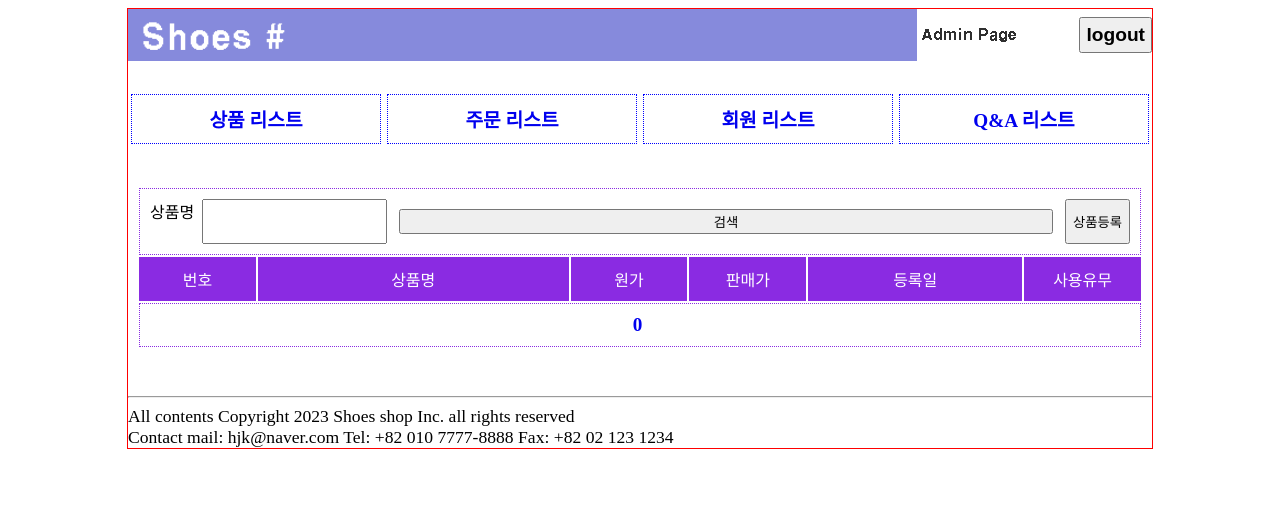
Repository: kkm41/SQL
Page: http://localhost/WEB12_ShoesShop/admin/product/productList.jsp
The author's editor kept a copy of each file at every save. The page is drawn from the files as they stood at one save, then again after the next save.
The browser window is 1280 px wide. The pictures show the whole page.
The page is served by Tomcat 10. Other server files are loaded and not shown. The template is opened directly, without the code that normally fills it, so the values that code supplies are empty.

Above is the page before, as saved 2024-05-23 05:46:05.

### workspace/WEB12_ShoesShop/src/main/webapp/admin/product/productList.jsp
<%@ page language="java" contentType="text/html; charset=UTF-8"
    pageEncoding="UTF-8"%>
<%@include file="/admin/header.jsp" %>

<!-- 경로가 '/' 로 시작하면 가장 상위 폴더로부터 표시되는 절대 경로로 인식됩니다 -->
<!-- 아래와 같이 상대경로로 표시할수도 있습니다 -->
<%-- <%@inclue file="../sub_menu.jsp"%> --%>
<%@include file="/admin/sub_menu.jsp" %>

<article>
	<form>
	<div class="tb">
		<div class="row">
			<div class="col" style="display:flex;">
				상품명 &nbsp; <input type="text" name="key" value="${key}"/>
				&nbsp;&nbsp;&nbsp;
				<input class="btn" type="button" name="btn_search" value="검색"
					onClick="go_search('adminProductList')"/>
				&nbsp;&nbsp;&nbsp;
				<input type="button" style ="margin-left:auto;" value="상품등록">
			</div>
		</div>
		<div class="row">
			<div class="coltitle">번호</div>
			<div class="coltitle">상품명</div>
			<div class="coltitle">원가</div>
			<div class="coltitle">판매가</div>
			<div class="coltitle">등록일</div>
			<div class="coltitle">사용유무</div>
		</div>
		<c:forEach items="${productList}" var="productVO">
			<div class="row">
				<div class="col">${productVO.pseq}</div>
				<div class="col">${productVO.name}</div>
				<div class="col"><fmt:formatNumber value="${productVO.price1}"/></div>
				<div class="col"><fmt:formatNumber value="${productVO.price2}"/></div>
				<div class="col"><fmt:formatDate value="${productVO.indate}"/></div>
				<div class="col">
					<c:choose>
				<c:when test='${productVO.useyn=="N"}'>미사용</c:when>
				<c:otherwise>사용</c:otherwise>
					</c:choose>
			</div>
		</div>
		</c:forEach>
		<jsp:include page="/admin/paging/paging.jsp">
		 <jsp:param value="shop.do?command=adminProductList" name="address"></jsp:param>
		</jsp:include>


	</div>
	</form>
</article>



<%@include file="/admin/footer.jsp" %>

### workspace/WEB12_ShoesShop/src/main/webapp/admin/header.jsp
<%@ page language="java" contentType="text/html; charset=UTF-8"
    pageEncoding="UTF-8"%>
<%@taglib prefix="c" uri="http://java.sun.com/jsp/jstl/core"%>
<%@taglib prefix="fmt" uri="http://java.sun.com/jsp/jstl/fmt"%>
<!DOCTYPE html>
<html>
<head>
<meta charset="UTF-8">
<title>Insert title here</title>
<link rel="stylesheet" href="admin/css/admin.css">
<script src="admin/script/admin.js"></script>
</head>
<body>

<div id="wrap">
	<header>
		<div id="logo">
			<img style="width:800px" src="admin/images/bar_01.gif">
			<img src="admin/images/text.gif">
			<input class="btn" type="button" value="logout" style="float:right;"
				onClick="location.href='shop.do?command=adminLogout'">
		</div>
	</header>

### workspace/WEB12_ShoesShop/src/main/webapp/admin/sub_menu.jsp
<%@ page language="java" contentType="text/html; charset=UTF-8"
    pageEncoding="UTF-8"%>
<meta charset="UTF-8">

<nav id="sub_menu">
	<div><a href="shop.do?command=adminProductList">상품 리스트</a></div>
	<div><a href="shop.do?command=adminOrderList">주문 리스트</a></div>
	<div><a href="shop.do?command=adminMemberList">회원 리스트</a></div>
	<div><a href="shop.do?command=adminQnaList">Q&A 리스트</a></div>
</nav>

### workspace/WEB12_ShoesShop/src/main/webapp/admin/footer.jsp
<%@ page language="java" contentType="text/html; charset=UTF-8"
    pageEncoding="UTF-8"%>

<footer><hr>
	<div id="copy">
		All contents Copyright 2023 Shoes shop Inc. all rights reserved<br>
		Contact mail: hjk@naver.com Tel: +82 010 7777-8888 Fax: +82 02 123 1234 &nbsp;



	</div>


</footer>



</body>
</html>

### workspace/WEB12_ShoesShop/src/main/webapp/admin/paging/paging.jsp
<%@ page language="java" contentType="text/html; charset=UTF-8"
    pageEncoding="UTF-8"%>
<%@taglib prefix="c" uri="http://java.sun.com/jsp/jstl/core" %>

<c:url var="action" value="${param.address}"/>
				<div class="row"> <!-- 페이지의 시작 -->
					<div class="col">

						<div style="font-size:120%; font-weight:bold;">
							<c:if test="${paging.prev}">
								<a href="${action}&page=${paging.beginPage-1}">◀</a>&nbsp;
							</c:if>
							<c:forEach begin="${paging.beginPage}" end="${paging.endPage}" var="index">
									<c:if test="${index==paging.page}">
									<span style="color:red">${index}&nbsp;</span>
									</c:if>
									<c:if test="${index!=paging.page}">
										<a href="${action}&page=${index}">${index}&nbsp;</a>
									</c:if>
							</c:forEach>
							<c:if test="${paging.next}">
								&nbsp;<a href="${action}&page=${paging.endPage+1}">▶</a>&nbsp;
							</c:if>

						</div>
					</div>
				</div><!-- 페이지의 끝 -->

### workspace/WEB12_ShoesShop/src/main/webapp/admin/css/admin.css
@charset "UTF-8";


#wrap{width:100%; max-width:1024px; margin: 0 auto; border:1px solid red;
display:flex; flex-direction:column;}

a{text-decoration:none;}

article{
   /*border:2px solid dimgray;
   margin:2px;*/
   flex:4;
   display: flex;

}

article form{
   flex:1;
   /*border:2px solid red;
   margin:2px;*/
   display: flex;
   flex-direction: column;
}

article form h2{
   margin:0;
   margin-bottom:20px;
   font-weight: normal;
   font-size: 28px;
}

article form{padding:10px;}

article form .field{
   display: flex;
   margin:10px 0;
}
article form .field label{
   flex:1;
}
article form .field input{
   flex:4;
   padding: 5px;
    border-radius: 3px;
    border: 1px solid #AAA;
}

article form .field div{
   flex:4;
   display: flex;
}
article form .field div input[type=text]{
   flex:4;
}
article form .field div input[type=button]{
   flex:1;
}






article form .btn{
   flex:1;
   display: flex;
   margin:10px 0;
}
article form .btn input{
   flex:1;
   margin:10px 3px;
   background-color: blueviolet;
   border:none;
   color:white;
   border-radius: 5px;
   padding:10px 0;
}


header{width:100%; margin-bottom:30px;}
#logo{width:100%; display:flex; justify-content:space-between; align-items:center;}
#logo img{vertical-align:middle;}
#logo input{padding:5px; font-weight:bold; font-size:120%;}

#sub_menu{display:flex; justify-content:space-between; align-items:center; margin-bottom:30px;}
#sub_menu div{flex:1; text-align:center; padding:10px; border:1px dotted blue; margin:3px;}
#sub_menu div a{font-size:120%; font-weight:bold; text-decoration:none;}

.tb{width:100%; display:flex; flex-direction:column; margin-bottom:30px;}
.row{display:flex;}
.coltitle{background:blueviolet; margin:1px; padding:10px; color:white; text-align:center;}
.col{flex:1; border:1px dotted blueviolet; margin:1px; padding:10px; text-align:center;}

.coltitle:nth-child(1), .col:nth-child(1){flex:1;}
.coltitle:nth-child(2), .col:nth-child(2){flex:3;}
.coltitle:nth-child(3), .col:nth-child(3){flex:1;}
.coltitle:nth-child(4), .col:nth-child(4){flex:1;}
.col:nth-child(3), .col:nth-child(4){text-align:right;}
.coltitle:nth-child(5), .col:nth-child(5){flex:2;}
.coltitle:nth-child(6), .col:nth-child(6){flex:1;}
footer{width:100%;}
footer div{font-size:110%;}

### workspace/WEB12_ShoesShop/src/main/webapp/admin/script/admin.js
function loginCheck(){
	if(document.loginForm.userid.value==""){
		alert("아이디를 입력하세요");
		document.loginForm.userid.focus();
		return false;
	}else if(document.loginForm.pwd.value==""){
		alert("패스워드를 입력하세요");
		document.loginForm.pwd.focus();
		return false;
	}else{
		return true;
	}


}

After the next save:
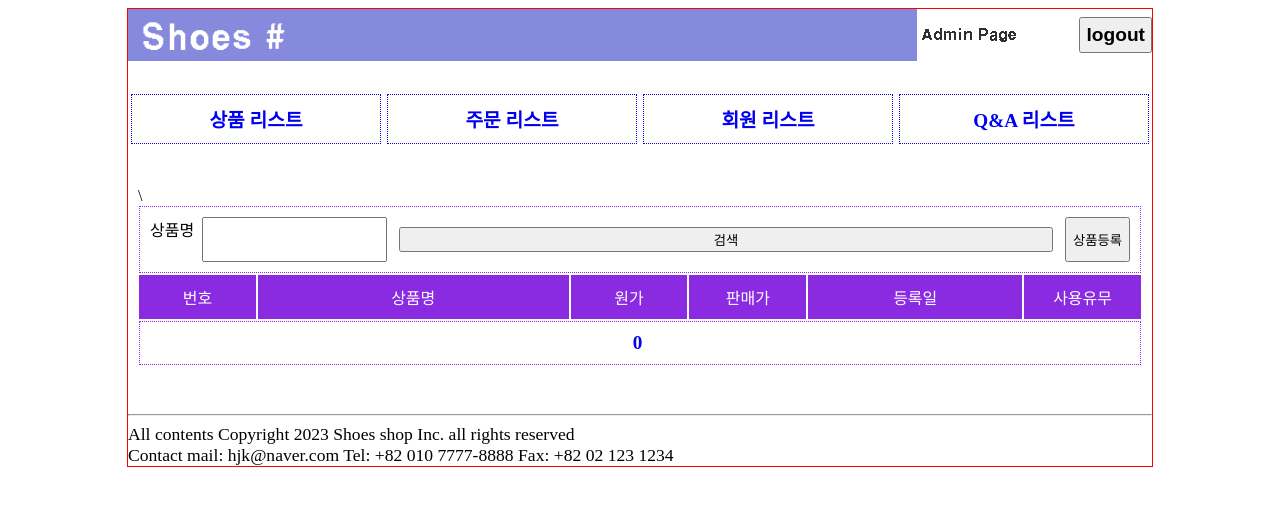
Saved 89 s later.
--- a/workspace/WEB12_ShoesShop/src/main/webapp/admin/product/productList.jsp
+++ b/workspace/WEB12_ShoesShop/src/main/webapp/admin/product/productList.jsp
@@ -8,8 +8,8 @@
 <%@include file="/admin/sub_menu.jsp" %>
 
 <article>
-	<form>
-	<div class="tb">
+	<form method="host" name="frm">
+	\<div class="tb">
 		<div class="row">
 			<div class="col" style="display:flex;">
 				상품명 &nbsp; <input type="text" name="key" value="${key}"/>
